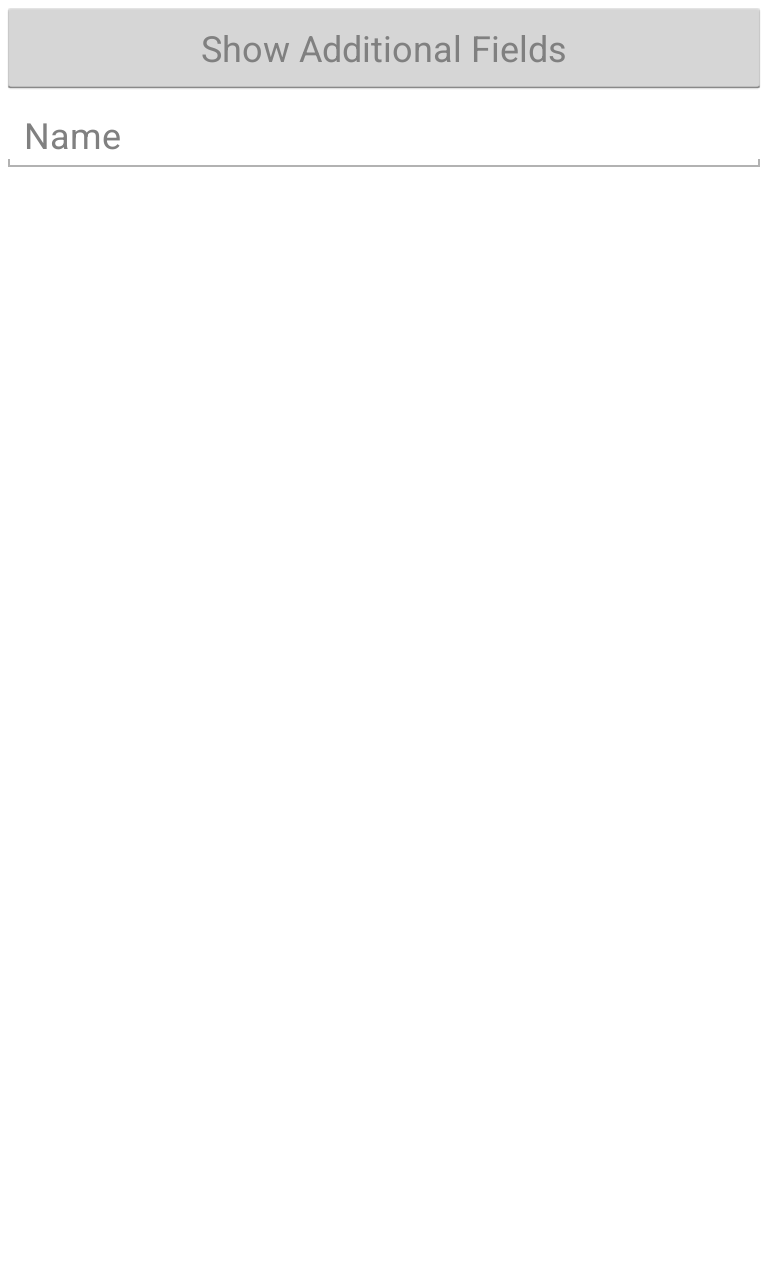
Repository: radupoenaru1992/Lab04
Layout: ContactsManager/res/layout/fragment_basic_details.xml
An editor plug-in stored every save of this project. The layout is shown before and after the next save, followed by the edit.
It is drawn on a 768 x 1280 px phone screen (xhdpi) without system bars, with theme AppTheme; the app's code is not run.

Above is the layout before, as saved 2015-03-28 22:29:33.

### ContactsManager/res/layout/fragment_basic_details.xml
<?xml version="1.0" encoding="utf-8"?>
<LinearLayout xmlns:android="http://schemas.android.com/apk/res/android"
    android:layout_width="match_parent"
    android:layout_height="match_parent"
    android:orientation="vertical" >

    <Button
        android:layout_width="match_parent"
        android:layout_height="wrap_content"
        android:gravity="center"
        android:hint="@string/show"
        />

    <EditText
        android:layout_width="match_parent"
        android:layout_height="wrap_content"
        android:hint="Name"/>


</LinearLayout>

### ContactsManager/res/values/strings.xml
<?xml version="1.0" encoding="utf-8"?>
<resources>

    <string name="app_name">ContactsManager</string>
    <string name="action_settings">Settings</string>
    <string name="hello_world">Hello world!</string>

    <string name="show">Show Additional Fields</string>
    <string name="hide">Hide Additional Fields</string>

</resources>

Loaded but not shown: ContactsManager/res/values/styles.xml (common file); ContactsManager/res/values-v11/styles.xml (common file); ContactsManager/res/values-v14/styles.xml (common file)

After the next save:
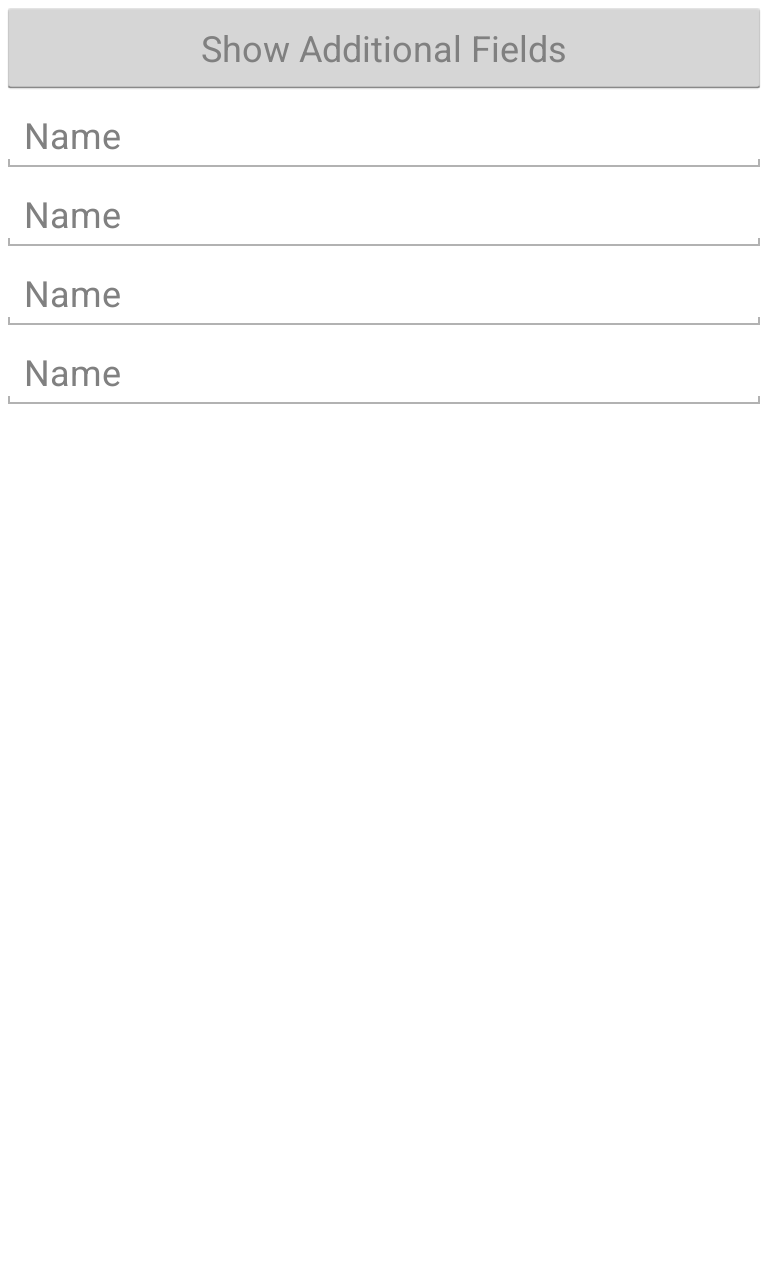
Saved 9 s later.
--- a/ContactsManager/res/layout/fragment_basic_details.xml
+++ b/ContactsManager/res/layout/fragment_basic_details.xml
@@ -16,5 +16,20 @@
         android:layout_height="wrap_content"
         android:hint="Name"/>
 
+    <EditText
+        android:layout_width="match_parent"
+        android:layout_height="wrap_content"
+        android:hint="Name"/>
+
+    <EditText
+        android:layout_width="match_parent"
+        android:layout_height="wrap_content"
+        android:hint="Name"/>
+
+    <EditText
+        android:layout_width="match_parent"
+        android:layout_height="wrap_content"
+        android:hint="Name"/>
+
 
 </LinearLayout>
